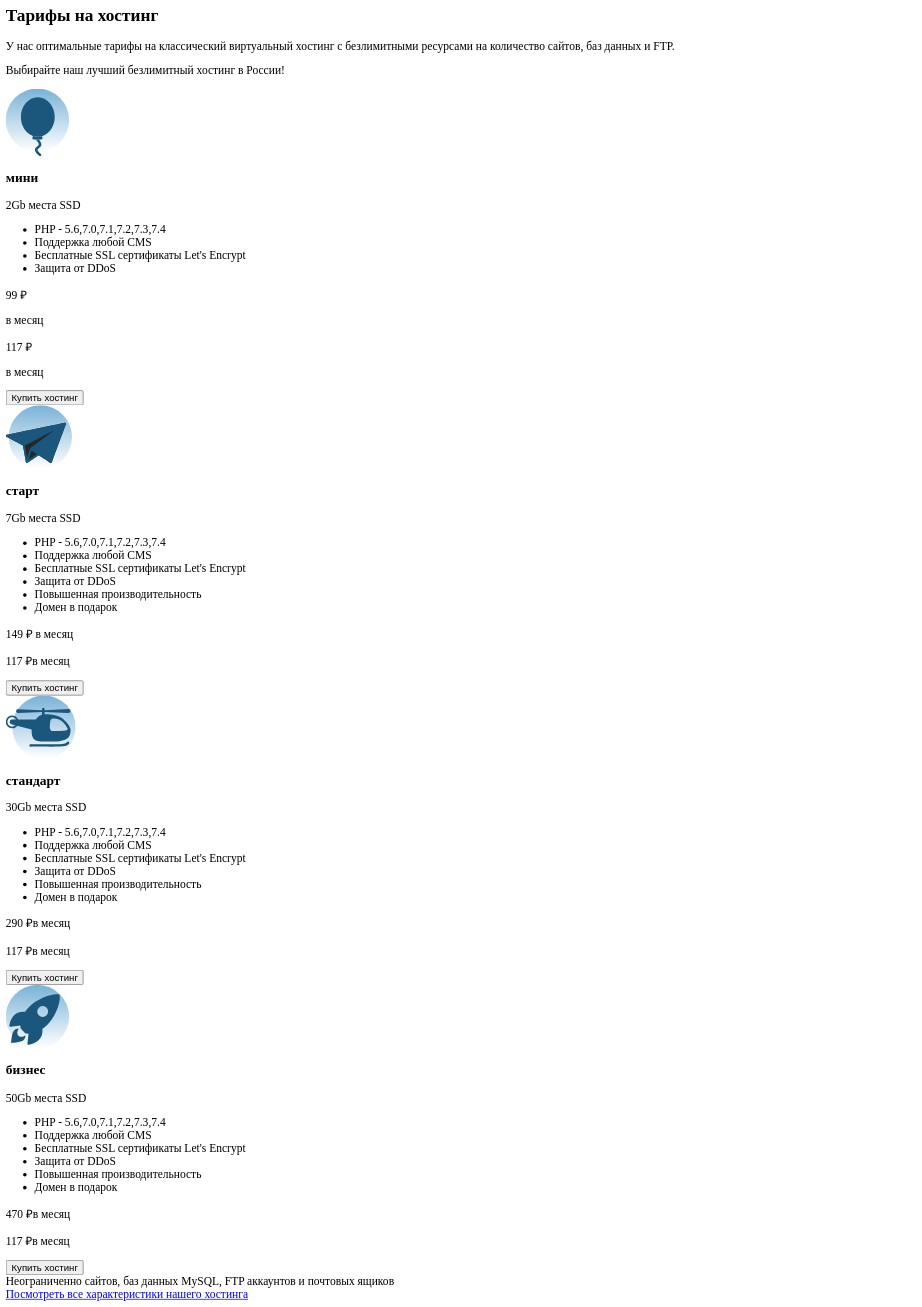
Repository: Inzhir2022/hosting
Page: src/_includes/_tariffs.html
An editor plug-in stored every save of this project. The page is shown before and after the next save, followed by the edit.
The browser window is 1280 px wide. The pictures show the whole page, at 72% of full size.

Above is the page before, as saved 2022-07-19 10:02:05.

After the next save:
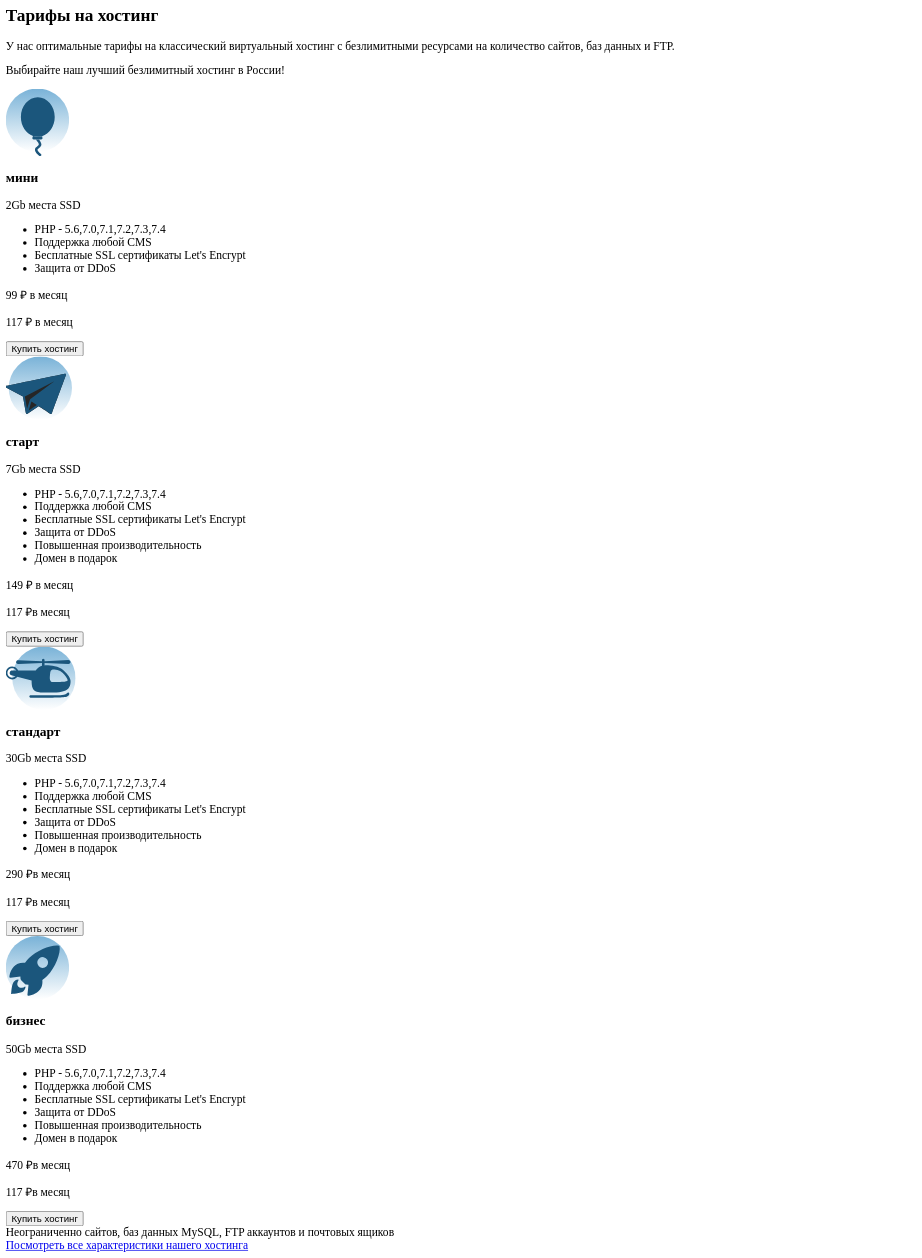
Saved 98 s later.
--- a/src/_includes/_tariffs.html
+++ b/src/_includes/_tariffs.html
@@ -23,10 +23,9 @@
           <div class="card__price">
             <div class="new-price">
               <div class="new-price-bg"></div>
-              99 ₽ <p class="minitext">в месяц</p>
+              <p class="new-price__title">99 ₽ <span class="minitext">в месяц</span></p>
             </div>
-            <div class="old-price">117 ₽ <p class="minitext">в месяц</p>
-            </div>
+            <p class="old-price__title">117 ₽ <span class="minitext">в месяц</span></p>
           </div>
           <button class="btn card__btn">Купить хостинг</button>
         </div>
